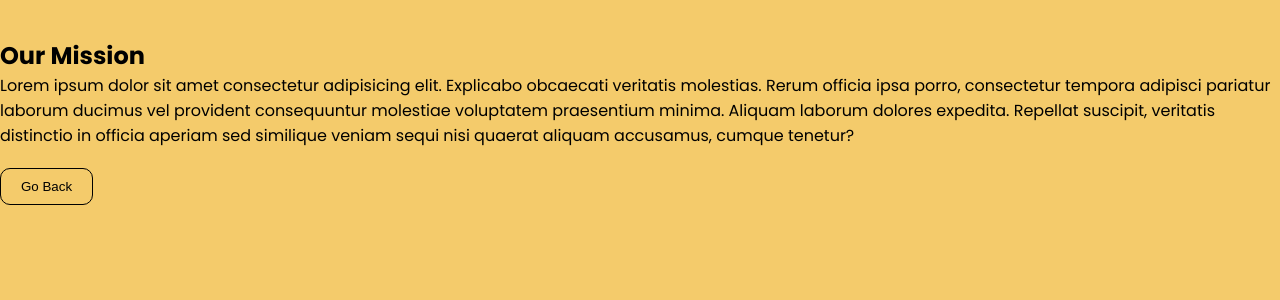
Repository: ble-syn/Random-user-generator-app
Page: /contact
The author's editor kept a copy of each file at every save. The page is drawn from the files as they stood at one save, then again after the next save.
The browser window is 1280 px wide. The pictures show the whole page.
The project was rebuilt for these pictures with package versions that can differ from the ones it lists, and the page was loaded fresh each time. Also part of the build but not shown: src/components/Navbar.jsx, src/components/pagination.jsx, src/components/ErrorFallback.jsx, src/components/User.jsx, src/pages/Home.jsx, src/pages/About.jsx, src/pages/Vision.jsx, src/pages/Mission.jsx and 1 more.

Above is the page before, as saved 2022-10-28 19:02:53.

After the next save:
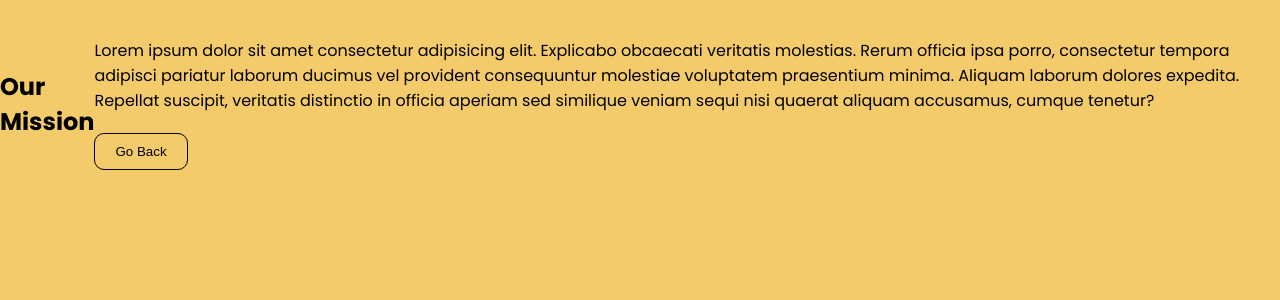
Saved 46 s later.
--- a/src/pages/Contact.jsx
+++ b/src/pages/Contact.jsx
@@ -8,7 +8,7 @@ function Contact() {
     navigate("/")
 }
   return (
-    <div>
+    <div className="home-container">
       <h2> Our Mission</h2>
       <div>
         <p>
